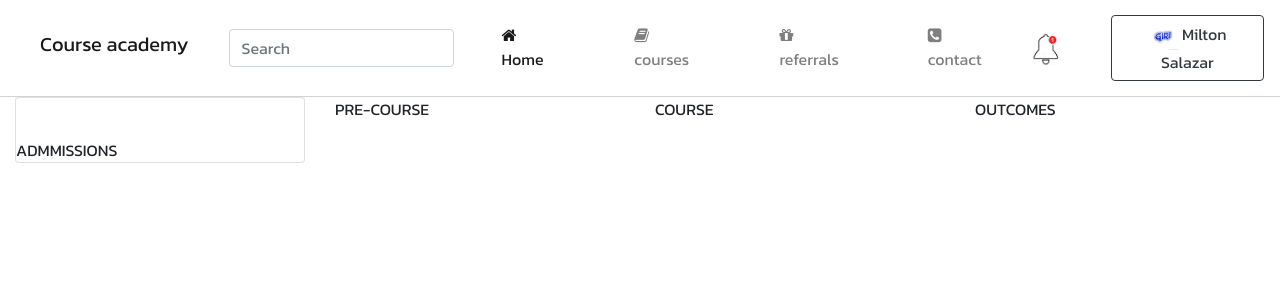
Repository: giribabu1997/html-layout
Page: task.html
The author's editor kept a copy of each file at every save. The page is drawn from the files as they stood at one save, then again after a run of saves.
The browser window is 1280 px wide. The pictures show the whole page.

Above is the page before, as saved 2019-06-24 14:40:03.

After the next 4 saves:
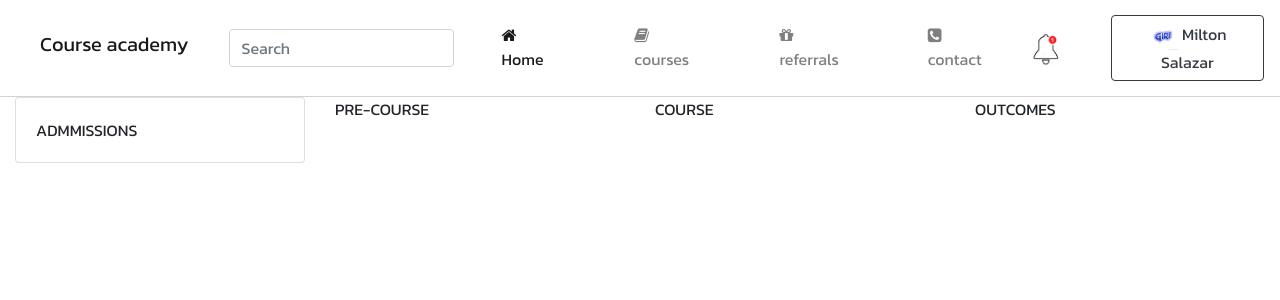
The 4 saves are shown as one change because they came seconds apart.
The last was saved 26 s later.
--- a/task.html
+++ b/task.html
@@ -73,8 +73,9 @@
         <div class="row">
             <div class="col-sm-3">
                 <div class="card">
-                    <div class="card-body"></div>
-                    <h> ADMMISSIONS</h>
+                    <div class="card-body">
+                        <h> ADMMISSIONS</h>
+                    </div>
                 </div>
             </div>
             <div class="col-sm-3">
